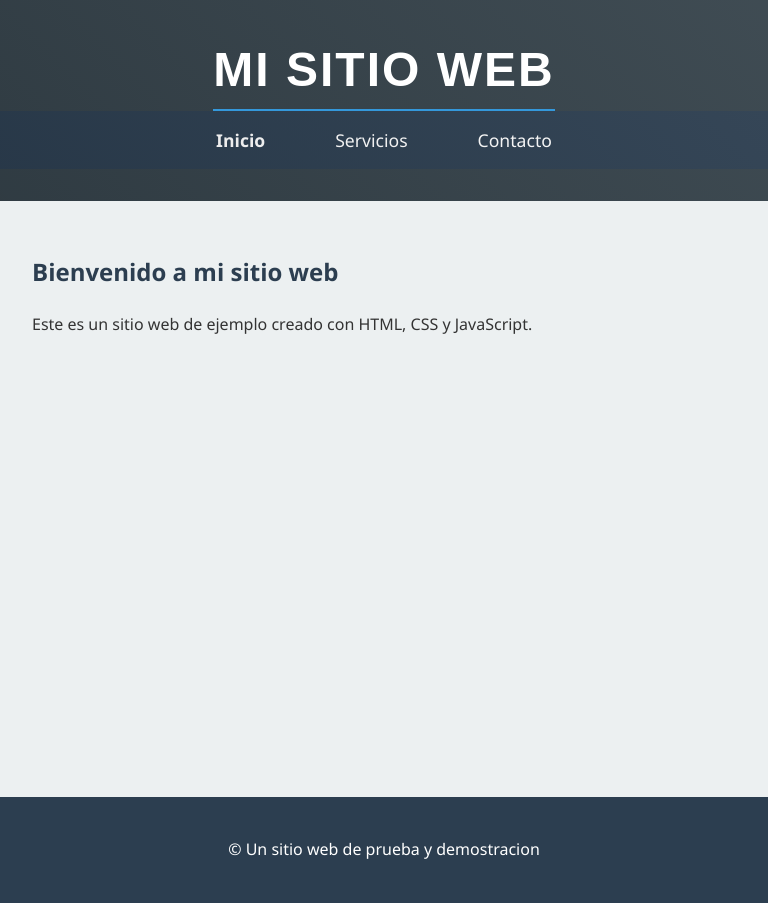
Repository: Sevanjo/Pagina_web
Page: HTML/index.html
An editor plug-in stored every save of this project. The page is shown before and after the next save, followed by the edit.
The browser window is 768 px wide. The pictures show the whole page.

Above is the page before, as saved 2025-04-20 19:24:27.

After the next save:
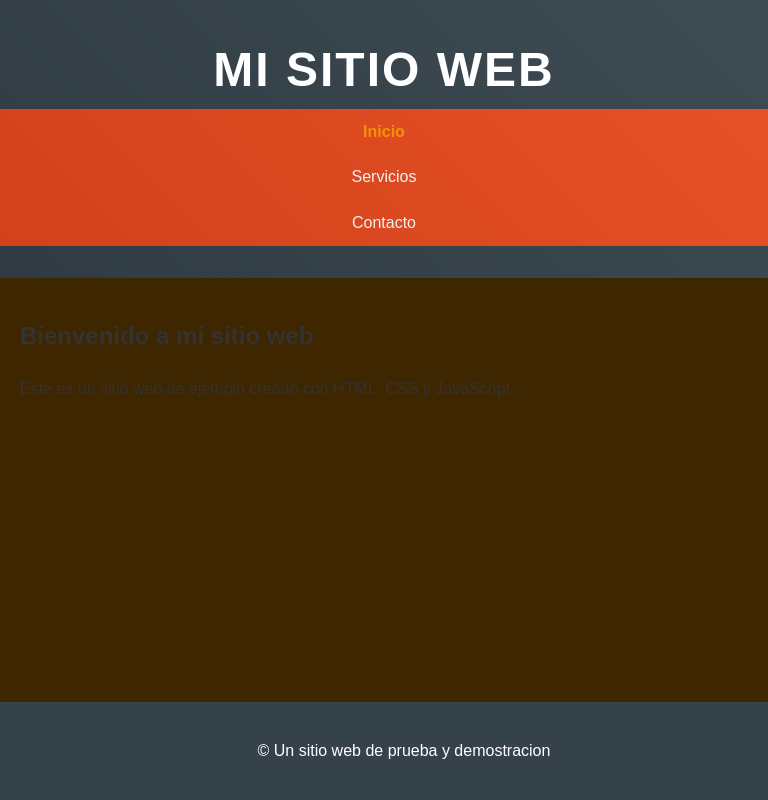
Saved 52 s later.
--- a/CSS/styles.css
+++ b/CSS/styles.css
@@ -1,23 +1,14 @@
-/* Variables de color */
-:root {
-    --primary-color: #2c3e50;
-    --secondary-color: #3498db;
-    --accent-color: #e74c3c;
-    --light-color: #ecf0f1;
-    --dark-color: #2c3e50;
-    --text-color: #333333;
-    --text-light: #ffffff;
-}
-
 /* Estilos generales */
 body {
-    font-family: 'Segoe UI', Tahoma, Geneva, Verdana, sans-serif;
+    font-family: 'Arial', sans-serif;
     line-height: 1.6;
     margin: 0;
     padding: 0;
-    color: var(--text-color);
-    background-color: var(--light-color);
+    color: #333;
+    background-color :rgb(62, 38, 0) !important;
 }
+
+
 
 header {
     background-color: #2c3e50; /* Color de fondo del header */
@@ -28,7 +19,7 @@ header {
 }
 
 header h1 {
-    color: #ffffff;
+    color: #ffffff; /* Color del texto */
     font-family: 'Poppins', sans-serif;
     font-size: 3rem;
     font-weight: 700;
@@ -40,7 +31,7 @@ header h1 {
     letter-spacing: 2px;
 }
 
-
+/* Efecto decorativo opcional */
 header::after {
     content: '';
     position: absolute;
@@ -51,89 +42,91 @@ header::after {
     background: linear-gradient(45deg, rgba(0,0,0,0.1) 0%, rgba(255,255,255,0.05) 100%);
 }
 
-nav {
-    background-color: #2c3e50;
-    padding: 15px 0;
-}
-
 nav ul {
     padding: 0;
     list-style: none;
+    background: #e8491d;
     text-align: center;
     margin: 0;
-    display: flex;
-    justify-content: center;
 }
 
 nav li {
-    margin: 0 15px;
+    display: inline;
 }
 
 nav a {
-    color: #ffffff !important;
+    color: #ffffff;
     text-decoration: none;
-    padding: 10px 20px;
-    font-weight: 500;
-    font-size: 1.1rem;
-    transition: all 0.3s ease;
+    padding: 15px 20px;
+    display: inline-block;
 }
 
 nav a:hover {
-    color: #f1c40f !important;
+    background: #cccccc;
+    color: #35424a;
 }
 
 main {
-    padding: 2rem;
+    padding: 20px;
     max-width: 1200px;
     margin: 0 auto;
-    min-height: calc(100vh - 300px); /* Ajuste para el footer */
 }
 
 footer {
-    background: var(--primary-color);
-    color: var(--text-light);
+    background: #35424a;
+    color: #ffffff;
     text-align: center;
-    padding: 1.5rem;
-    margin-top: 2rem;
+    padding: 20px;
+    position: fixed;
+    bottom: 0;
+    width: 100%;
 }
 
-/* Estilos para títulos */
-h1, h2, h3 {
-    color: var(--primary-color);
+/* Estilos para el formulario de contacto */
+form {
+    max-width: 500px;
+    margin: 20px auto;
+    padding: 20px;
+    background: #ffffff;
+    border-radius: 5px;
 }
 
-h1 {
-    border-bottom: 2px solid var(--secondary-color);
-    padding-bottom: 0.5rem;
-    display: inline-block;
+form label {
+    display: block;
+    margin: 10px 0 5px;
 }
 
-/* Botones */
-button, .button {
-    background: var(--secondary-color);
-    color: var(--text-light);
-    border: none;
-    padding: 0.6rem 1.2rem;
+form input[type="text"],
+form input[type="email"],
+form textarea {
+    width: 100%;
+    padding: 8px;
+    margin-bottom: 10px;
+    border: 1px solid #ddd;
     border-radius: 4px;
-    cursor: pointer;
-    transition: all 0.3s ease;
 }
 
-button:hover, .button:hover {
-    background: var(--accent-color);
-    transform: translateY(-2px);
+form button {
+    background: #e8491d;
+    color: #fff;
+    border: none;
+    padding: 10px 15px;
+    cursor: pointer;
+    border-radius: 4px;
 }
 
-/* Efectos adicionales */
-.card {
-    background: white;
-    border-radius: 8px;
-    padding: 1.5rem;
-    margin: 1rem 0;
-    box-shadow: 0 2px 10px rgba(0,0,0,0.1);
-    transition: transform 0.3s ease;
+form button:hover {
+    background: #35424a;
 }
 
-.card:hover {
-    transform: translateY(-5px);
+/* Estilos responsivos */
+@media (max-width: 768px) {
+    nav li {
+        display: block;
+    }
+
+    nav a {
+        display: block;
+        padding: 10px;
+    }
 }
